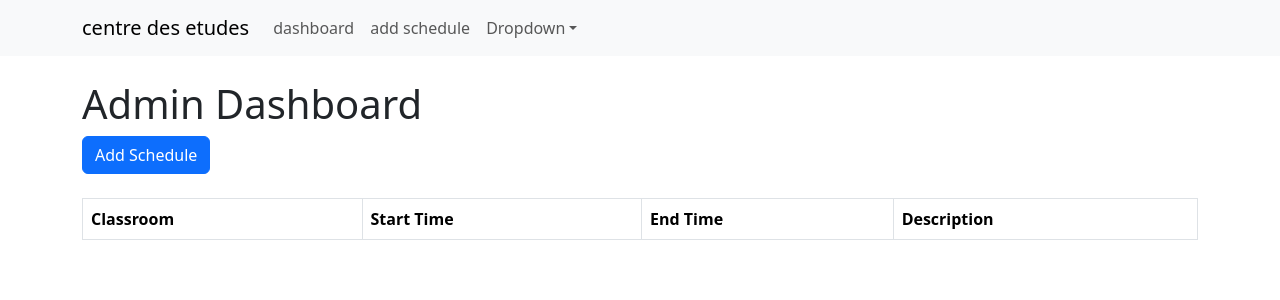
Repository: hatemmoalla368/centredesetudes-nextjs-prisma-calender-cashmanagment
Page: /
These files come from the project's save history. The page is drawn as it stood at one moment and after the next save; the edit follows.
The browser window is 1280 px wide. The pictures show the whole page.
The page's requests for data from a server got no answer. The project was rebuilt for these pictures with package versions that can differ from the ones it lists, and the page was loaded fresh each time. The framework's server and built-in components were replaced by stand-ins that run in the browser. No one was signed in, and anything a server would have sent is missing. Also part of the build but not shown: next.config.mjs. Imported but missing from the stored project, and not drawn on this page: src/components/AddScheduleForm.

Above is the page before, as saved 2025-03-01 21:41:18.

### src/app/layout.js
import { Geist, Geist_Mono } from "next/font/google";
import 'bootstrap/dist/css/bootstrap.min.css';
import { ToastContainer } from 'react-toastify';
import Navabar from "@/components/Navabar";


const geistSans = Geist({
  variable: "--font-geist-sans",
  subsets: ["latin"],
});

const geistMono = Geist_Mono({
  variable: "--font-geist-mono",
  subsets: ["latin"],
});

export const metadata = {
  title: "Create Next App",
  description: "Generated by create next app",
};

export default function RootLayout({ children }) {
  return (
    <html lang="en">
      <body
        className={`${geistSans.variable} ${geistMono.variable} antialiased`}
      >
        <ToastContainer />
        <Navabar/>
        {children}
      </body>
    </html>
  );
}

### src/app/page.js
import AdminDashboard from '@/components/AdminDashboard'
import React from 'react'

const page = () => {
  return (
    <div>
      <AdminDashboard/>
    </div>
  )
}

export default page

### src/components/Navabar.jsx
'use client'
import Container from 'react-bootstrap/Container';
import Nav from 'react-bootstrap/Nav';
import Navbar from 'react-bootstrap/Navbar';
import NavDropdown from 'react-bootstrap/NavDropdown';
import Link from "next/link";

function Navabar() {
  return (
    <Navbar expand="lg" className="bg-body-tertiary">
      <Container>
        <Navbar.Brand as={Link} href="/">centre des etudes</Navbar.Brand>
        <Navbar.Toggle aria-controls="basic-navbar-nav" />
        <Navbar.Collapse id="basic-navbar-nav">
          <Nav className="me-auto">
            <Nav.Link as={Link} href="/">dashboard</Nav.Link>
            <Nav.Link as={Link} href="/AddScheduleForm">add schedule</Nav.Link>
            <NavDropdown title="Dropdown" id="basic-nav-dropdown">
              <NavDropdown.Item href="#action/3.1">Action</NavDropdown.Item>
              <NavDropdown.Item href="#action/3.2">
                Another action
              </NavDropdown.Item>
              <NavDropdown.Item href="#action/3.3">Something</NavDropdown.Item>
              <NavDropdown.Divider />
              <NavDropdown.Item href="#action/3.4">
                Separated link
              </NavDropdown.Item>
            </NavDropdown>
          </Nav>
        </Navbar.Collapse>
      </Container>
    </Navbar>
  );
}

export default Navabar;

### src/components/AdminDashboard.jsx
'use client'
// components/AdminDashboard.js
import { useEffect, useState } from 'react';
import { Button, Table, Modal, Form } from 'react-bootstrap';

const AdminDashboard = () => {
  const [schedules, setSchedules] = useState([]);
  const [showModal, setShowModal] = useState(false);
  const [classrooms, setClassrooms] = useState([]); // To hold classroom data
  const [newSchedule, setNewSchedule] = useState({
    classroomId: '',
    startTime: '',
    endTime: '',
    description: '',
  });

  useEffect(() => {
    // Fetch schedules and classrooms when component mounts
    const fetchSchedules = async () => {
      try {
        const response = await fetch('/api/schedules');
        const data = await response.json();
        setSchedules(data);
      } catch (error) {
        console.error('Error fetching schedules:', error);
      }
    };

    const fetchClassrooms = async () => {
      try {
        const response = await fetch('/api/classrooms'); // Assuming you have an API for classrooms
        const data = await response.json();
        setClassrooms(data);
      } catch (error) {
        console.error('Error fetching classrooms:', error);
      }
    };

    fetchSchedules();
    fetchClassrooms();
  }, []);

  const handleAddSchedule = async () => {
    try {
      const response = await fetch("/api/schedules", {
        method: "POST",
        headers: { "Content-Type": "application/json" },
        body: JSON.stringify(scheduleData),
      });

      if (!response.ok) throw new Error("Failed to add schedule");

      const newSchedule = await response.json();
      setSchedules((prev) => [...prev, newSchedule]); // Update state
    } catch (error) {
      console.error("Error adding schedule:", error);
    }
  };

  const handleInputChange = (e) => {
    const { name, value } = e.target;
    setNewSchedule((prevState) => ({
      ...prevState,
      [name]: value,
    }));
  };

  return (
    <div className="container mt-4">
      <h1>Admin Dashboard</h1>
      <Button variant="primary" onClick={() => setShowModal(true)}>
        Add Schedule
      </Button>

      <Table striped bordered hover className="mt-4">
        <thead>
          <tr>
            <th>Classroom</th>
            <th>Start Time</th>
            <th>End Time</th>
            <th>Description</th>
          </tr>
        </thead>
        <tbody>
          {schedules.map((schedule) => (
            <tr key={schedule.id}>
              <td>{schedule.classroom.name}</td> {/* Assuming classroom data is included */}
              <td>{new Date(schedule.startTime).toLocaleString()}</td>
              <td>{new Date(schedule.endTime).toLocaleString()}</td>
              <td>{schedule.description}</td>
            </tr>
          ))}
        </tbody>
      </Table>

      {/* Modal for Adding New Schedule */}
      <Modal show={showModal} onHide={() => setShowModal(false)}>
        <Modal.Header closeButton>
          <Modal.Title>Add New Schedule</Modal.Title>
        </Modal.Header>
        <Modal.Body>
          <Form>
            <Form.Group controlId="classroomId">
              <Form.Label>Classroom</Form.Label>
              <Form.Control
                as="select"
                name="classroomId"
                value={newSchedule.classroomId}
                onChange={handleInputChange}
              >
                <option value="">Select Classroom</option>
                {classrooms.map((classroom) => (
                  <option key={classroom.id} value={classroom.id}>
                    {classroom.name}
                  </option>
                ))}
              </Form.Control>
            </Form.Group>

            <Form.Group controlId="startTime">
              <Form.Label>Start Time</Form.Label>
              <Form.Control
                type="datetime-local"
                name="startTime"
                value={newSchedule.startTime}
                onChange={handleInputChange}
              />
            </Form.Group>

            <Form.Group controlId="endTime">
              <Form.Label>End Time</Form.Label>
              <Form.Control
                type="datetime-local"
                name="endTime"
                value={newSchedule.endTime}
                onChange={handleInputChange}
              />
            </Form.Group>

            <Form.Group controlId="description">
              <Form.Label>Description</Form.Label>
              <Form.Control
                type="text"
                name="description"
                value={newSchedule.description}
                onChange={handleInputChange}
              />
            </Form.Group>
          </Form>
        </Modal.Body>
        <Modal.Footer>
          <Button variant="secondary" onClick={() => setShowModal(false)}>
            Close
          </Button>
          <Button variant="primary" onClick={handleAddSchedule}>
            Add Schedule
          </Button>
        </Modal.Footer>
      </Modal>
    </div>
  );
};

export default AdminDashboard;

After the next save:
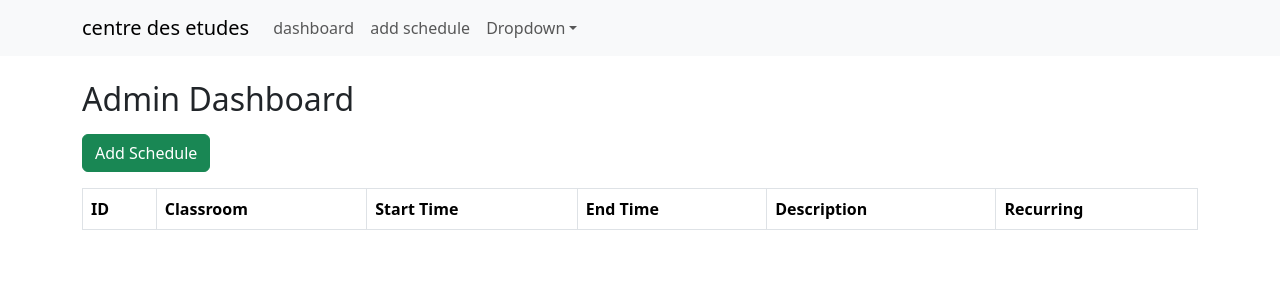
Saved 17 s later.
--- a/src/components/AdminDashboard.jsx
+++ b/src/components/AdminDashboard.jsx
@@ -1,46 +1,28 @@
 'use client'
-// components/AdminDashboard.js
-import { useEffect, useState } from 'react';
-import { Button, Table, Modal, Form } from 'react-bootstrap';
+import { useState, useEffect } from "react";
+import AddScheduleForm from "./AddScheduleForm";
 
 const AdminDashboard = () => {
   const [schedules, setSchedules] = useState([]);
   const [showModal, setShowModal] = useState(false);
-  const [classrooms, setClassrooms] = useState([]); // To hold classroom data
-  const [newSchedule, setNewSchedule] = useState({
-    classroomId: '',
-    startTime: '',
-    endTime: '',
-    description: '',
-  });
 
   useEffect(() => {
-    // Fetch schedules and classrooms when component mounts
+    // Fetch schedules when component mounts
     const fetchSchedules = async () => {
       try {
-        const response = await fetch('/api/schedules');
+        const response = await fetch("/api/schedules");
         const data = await response.json();
         setSchedules(data);
       } catch (error) {
-        console.error('Error fetching schedules:', error);
-      }
-    };
-
-    const fetchClassrooms = async () => {
-      try {
-        const response = await fetch('/api/classrooms'); // Assuming you have an API for classrooms
-        const data = await response.json();
-        setClassrooms(data);
-      } catch (error) {
-        console.error('Error fetching classrooms:', error);
+        console.error("Error fetching schedules:", error);
       }
     };
 
     fetchSchedules();
-    fetchClassrooms();
   }, []);
 
-  const handleAddSchedule = async () => {
+  // Function to add a new schedule
+  const addSchedule = async (scheduleData) => {
     try {
       const response = await fetch("/api/schedules", {
         method: "POST",
@@ -51,112 +33,49 @@ const AdminDashboard = () => {
       if (!response.ok) throw new Error("Failed to add schedule");
 
       const newSchedule = await response.json();
-      setSchedules((prev) => [...prev, newSchedule]); // Update state
+      setSchedules([...schedules, newSchedule]); // Update UI
     } catch (error) {
       console.error("Error adding schedule:", error);
     }
   };
 
-  const handleInputChange = (e) => {
-    const { name, value } = e.target;
-    setNewSchedule((prevState) => ({
-      ...prevState,
-      [name]: value,
-    }));
-  };
-
   return (
     <div className="container mt-4">
-      <h1>Admin Dashboard</h1>
-      <Button variant="primary" onClick={() => setShowModal(true)}>
+      <h2 className="mb-3">Admin Dashboard</h2>
+
+      {/* Add Schedule Button */}
+      <button className="btn btn-success mb-3" onClick={() => setShowModal(true)}>
         Add Schedule
-      </Button>
+      </button>
 
-      <Table striped bordered hover className="mt-4">
+      {/* Schedule Table */}
+      <table className="table table-bordered">
         <thead>
           <tr>
+            <th>ID</th>
             <th>Classroom</th>
             <th>Start Time</th>
             <th>End Time</th>
             <th>Description</th>
+            <th>Recurring</th>
           </tr>
         </thead>
         <tbody>
           {schedules.map((schedule) => (
             <tr key={schedule.id}>
-              <td>{schedule.classroom.name}</td> {/* Assuming classroom data is included */}
+              <td>{schedule.id}</td>
+              <td>{schedule.classroomId}</td>
               <td>{new Date(schedule.startTime).toLocaleString()}</td>
               <td>{new Date(schedule.endTime).toLocaleString()}</td>
               <td>{schedule.description}</td>
+              <td>{schedule.recurringWeekly ? "Yes" : "No"}</td>
             </tr>
           ))}
         </tbody>
-      </Table>
+      </table>
 
-      {/* Modal for Adding New Schedule */}
-      <Modal show={showModal} onHide={() => setShowModal(false)}>
-        <Modal.Header closeButton>
-          <Modal.Title>Add New Schedule</Modal.Title>
-        </Modal.Header>
-        <Modal.Body>
-          <Form>
-            <Form.Group controlId="classroomId">
-              <Form.Label>Classroom</Form.Label>
-              <Form.Control
-                as="select"
-                name="classroomId"
-                value={newSchedule.classroomId}
-                onChange={handleInputChange}
-              >
-                <option value="">Select Classroom</option>
-                {classrooms.map((classroom) => (
-                  <option key={classroom.id} value={classroom.id}>
-                    {classroom.name}
-                  </option>
-                ))}
-              </Form.Control>
-            </Form.Group>
-
-            <Form.Group controlId="startTime">
-              <Form.Label>Start Time</Form.Label>
-              <Form.Control
-                type="datetime-local"
-                name="startTime"
-                value={newSchedule.startTime}
-                onChange={handleInputChange}
-              />
-            </Form.Group>
-
-            <Form.Group controlId="endTime">
-              <Form.Label>End Time</Form.Label>
-              <Form.Control
-                type="datetime-local"
-                name="endTime"
-                value={newSchedule.endTime}
-                onChange={handleInputChange}
-              />
-            </Form.Group>
-
-            <Form.Group controlId="description">
-              <Form.Label>Description</Form.Label>
-              <Form.Control
-                type="text"
-                name="description"
-                value={newSchedule.description}
-                onChange={handleInputChange}
-              />
-            </Form.Group>
-          </Form>
-        </Modal.Body>
-        <Modal.Footer>
-          <Button variant="secondary" onClick={() => setShowModal(false)}>
-            Close
-          </Button>
-          <Button variant="primary" onClick={handleAddSchedule}>
-            Add Schedule
-          </Button>
-        </Modal.Footer>
-      </Modal>
+      {/* Add Schedule Modal */}
+      {showModal && <AddScheduleForm onClose={() => setShowModal(false)} onAddSchedule={addSchedule} />}
     </div>
   );
 };
